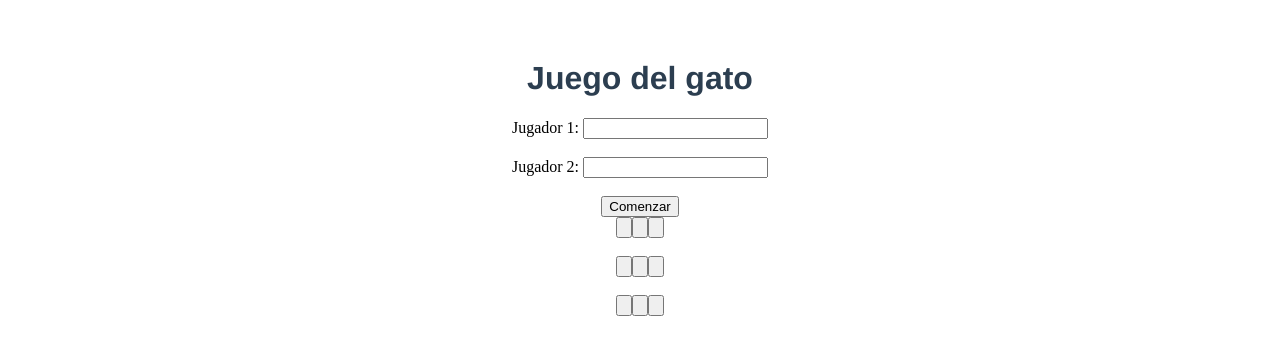
Repository: franciscamanquecheo/Taller-2
Page: / (app in vite-project/)
These files come from the project's save history. The page is drawn as it stood at one moment and after the next save; the edit follows.
The browser window is 1280 px wide. The pictures show the whole page.
The project was rebuilt for these pictures with package versions that can differ from the ones it lists, and the page was loaded fresh each time. Also part of the build but not shown: vite-project/vite.config.ts.

Above is the page before, as saved 2022-06-17 17:21:28.

### vite-project/src/App.vue
<script setup lang="ts">
// This starter template is using Vue 3 <script setup> SFCs
// Check out https://vuejs.org/api/sfc-script-setup.html#script-setup
import HelloWorld from './components/HelloWorld.vue'
</script>

<template>
 <h1>Juego del gato</h1>
<section>
 <article id="comandos">
  Jugador 1:
  <input type="text" id="jugador1"><br><br>
  Jugador 2:
  <input type="text" id="jugador 2"><br><br>
  <input type="button" id="comenzar" value="Comenzar">
  <label id="TurnoJugador"></label>
 </article>
  <article id="Tablero">
    <input type="button" id="casilla1">
    <input type="button" id="casilla2">
    <input type="button" id="casilla3"><br><br>

    <input type="button" id="casilla4">
    <input type="button" id="casilla5">
    <input type="button" id="casilla6"><br><br>

    <input type="button" id="casilla7">
    <input type="button" id="casilla8">
    <input type="button" id="casilla9">



  </article>











</section>
</template>

<style>
h1 {
  font-family: Avenir, Helvetica, Arial, sans-serif;
  -webkit-font-smoothing: antialiased;
  -moz-osx-font-smoothing: grayscale;
  text-align: center;
  color: #2c3e50;
  margin-top: 60px;
}
article#comandos{

}
section{
  display: inline-block;
  margin: 0 auto;
  text-align: center;
  width: 100%;
}
</style>

Loaded but not shown: vite-project/index.html (common file); vite-project/src/main.ts (common file)

After the next save:
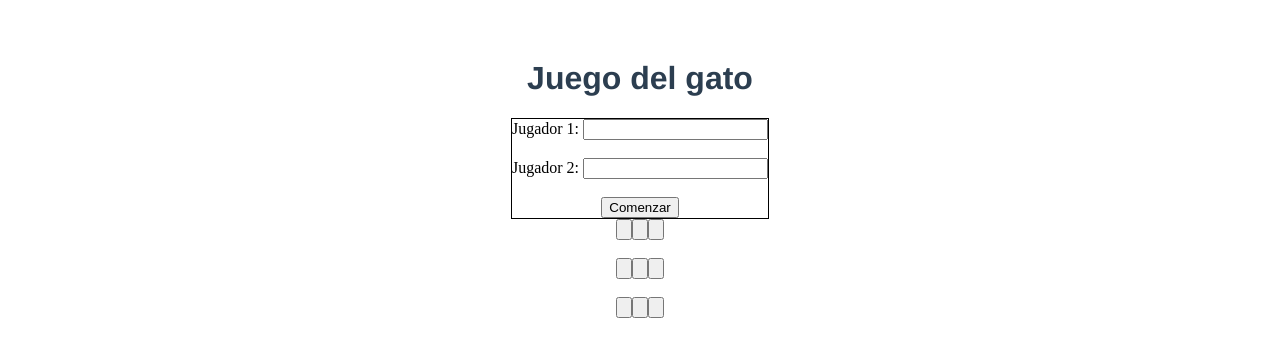
Saved 62 s later.
--- a/vite-project/src/App.vue
+++ b/vite-project/src/App.vue
@@ -55,6 +55,8 @@ h1 {
   margin-top: 60px;
 }
 article#comandos{
+  display: inline-block;
+  border: 1px solid black;
 
 }
 section{
